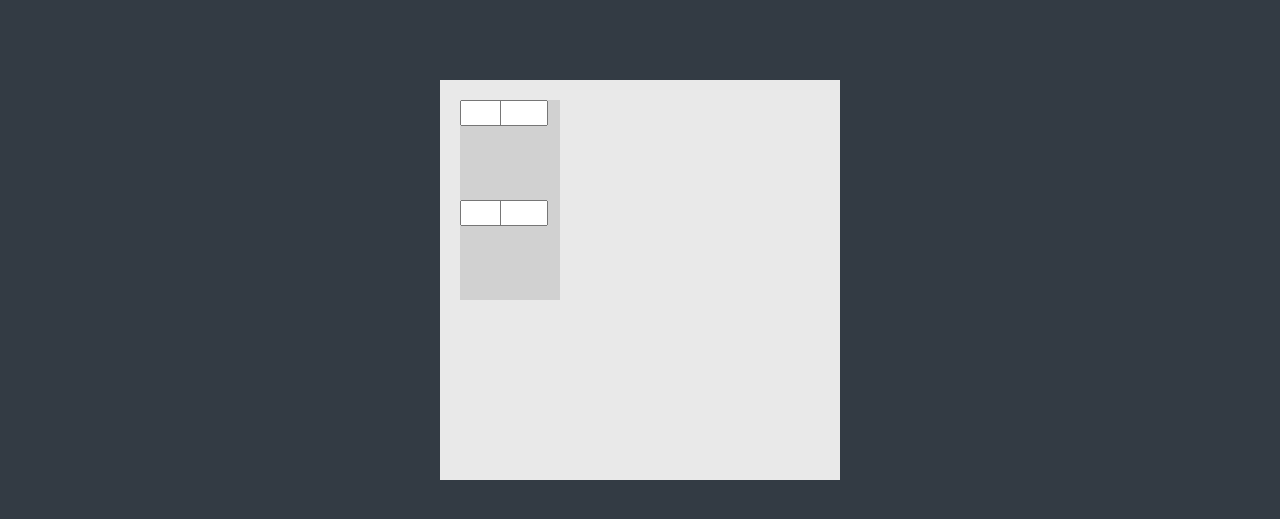
Repository: piookr-wsei/8086
Page: /
These files come from the project's save history. The page is drawn as it stood at one moment and after the next save; the edit follows.
The browser window is 1280 px wide. The pictures show the whole page.
The project was rebuilt for these pictures with package versions that can differ from the ones it lists, and the page was loaded fresh each time.

Above is the page before, as saved 2022-06-17 00:05:19.

After the next save:
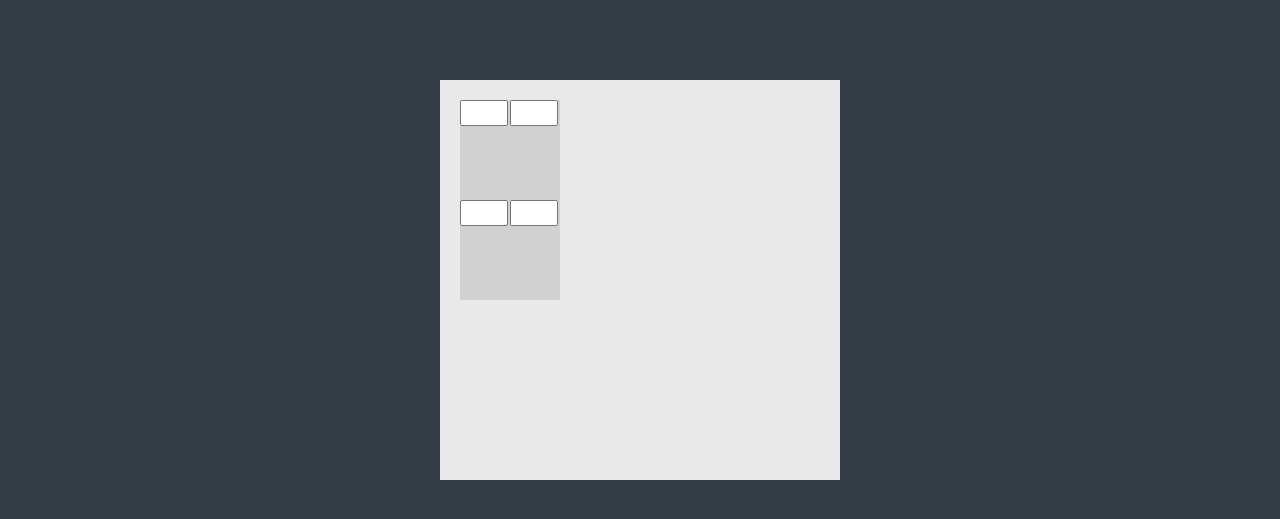
Saved 12 s later.
--- a/src/Components/Components.elements.js
+++ b/src/Components/Components.elements.js
@@ -21,7 +21,7 @@ background: rgba(0,0,0,0.1);
 position: relative;
 left: 0;
 display: grid;
-grid-template-columns: 40px 40px;
+grid-template-columns: 50px 50px;
 `
 
 export const RegInput = styled.input`
